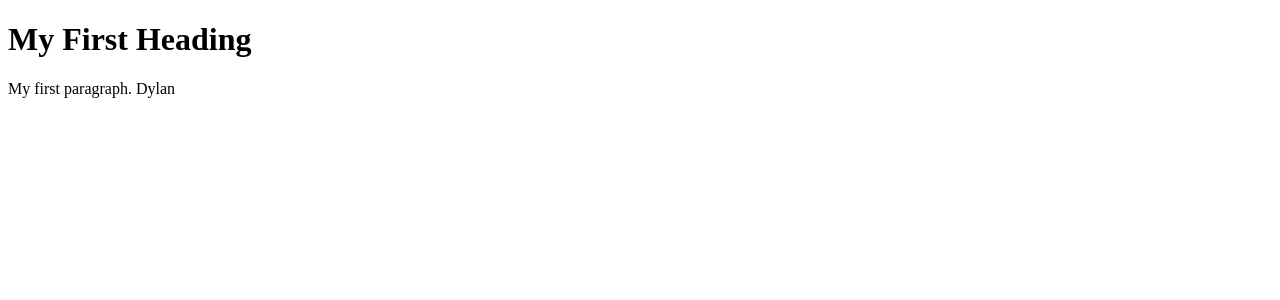
Repository: TangDylan/TangDylan.github.io
Page: index.html
The author's editor kept a record of every edit. The page is drawn from the files as they stood at one moment, then again after the next edit.
The browser window is 1280 px wide. The pictures show the whole page.

Above is the page before.

After the next edit:
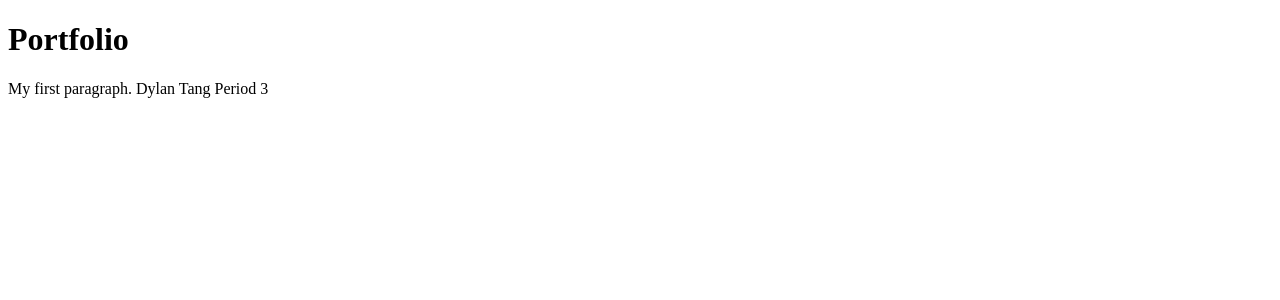
The edit:
--- a/index.html
+++ b/index.html
@@ -5,8 +5,8 @@
     </head>
     <body>
 
-        <h1>My First Heading</h1>
-        <p>My first paragraph. Dylan</p>
+        <h1>Portfolio</h1>
+        <p>My first paragraph. Dylan Tang Period 3</p>
 
     </body>
 </html>
